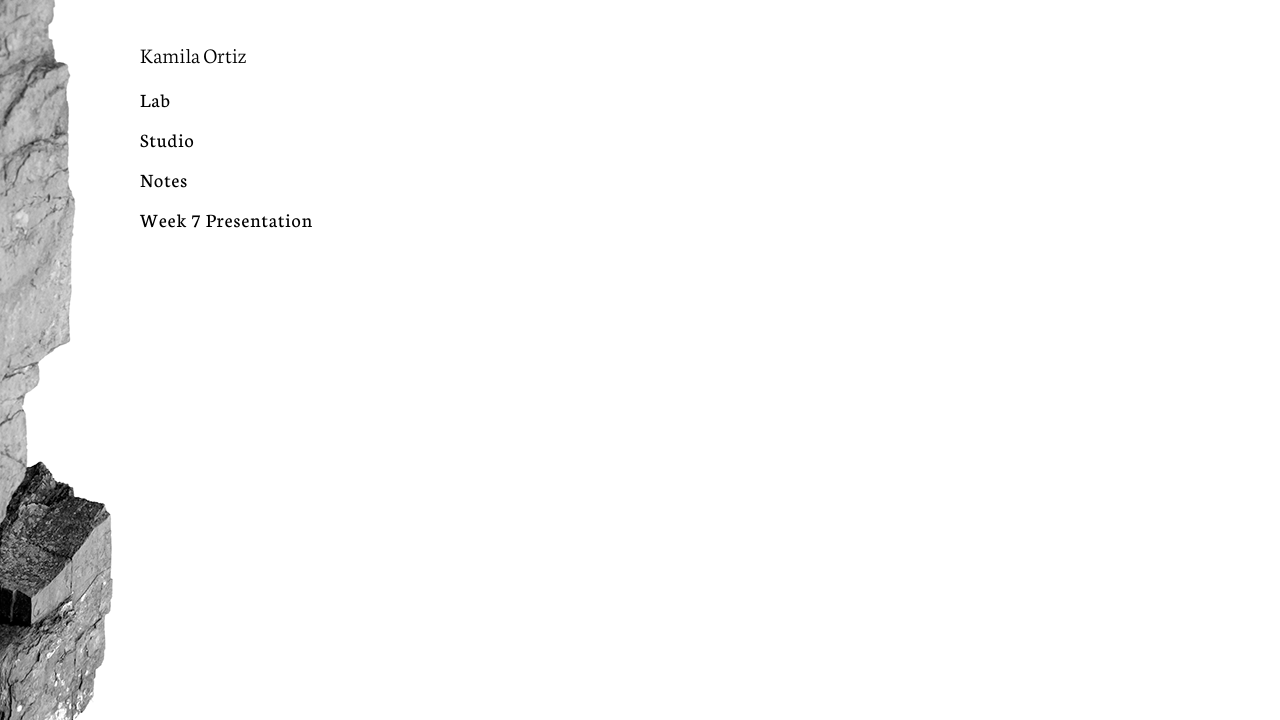
Repository: ortik455/ortik455.github.io
Page: index.html
The author's editor kept a record of every edit. The page is drawn from the files as they stood at one moment, then again after the next edit.
The browser window is 1280 px wide. The pictures show the whole page.

Above is the page before.

After the next edit:
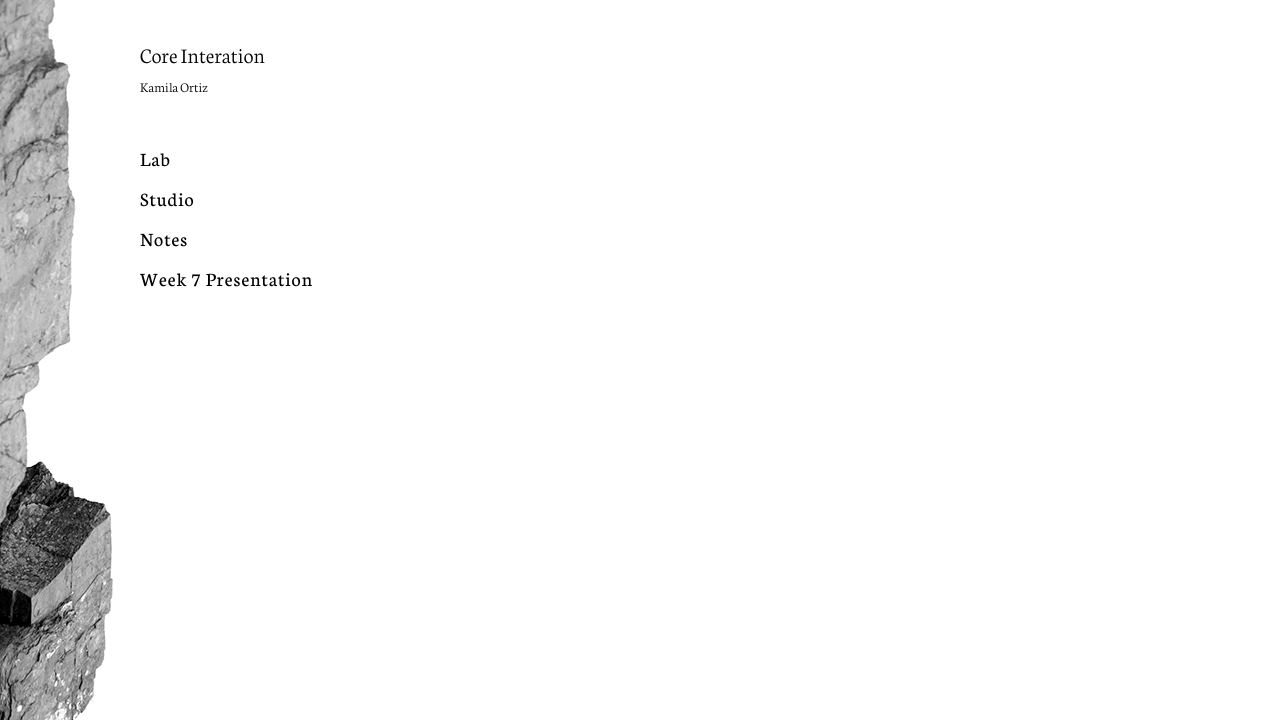
The edit:
--- a/index.html
+++ b/index.html
@@ -9,7 +9,8 @@
 
 	<body>
 	<div id="main_body">
-		<h1>Kamila Ortiz</h1>
+		<h1>Core Interation</h1>
+		<h2>Kamila Ortiz</h2>
 
 		<nav>
         <ul>
